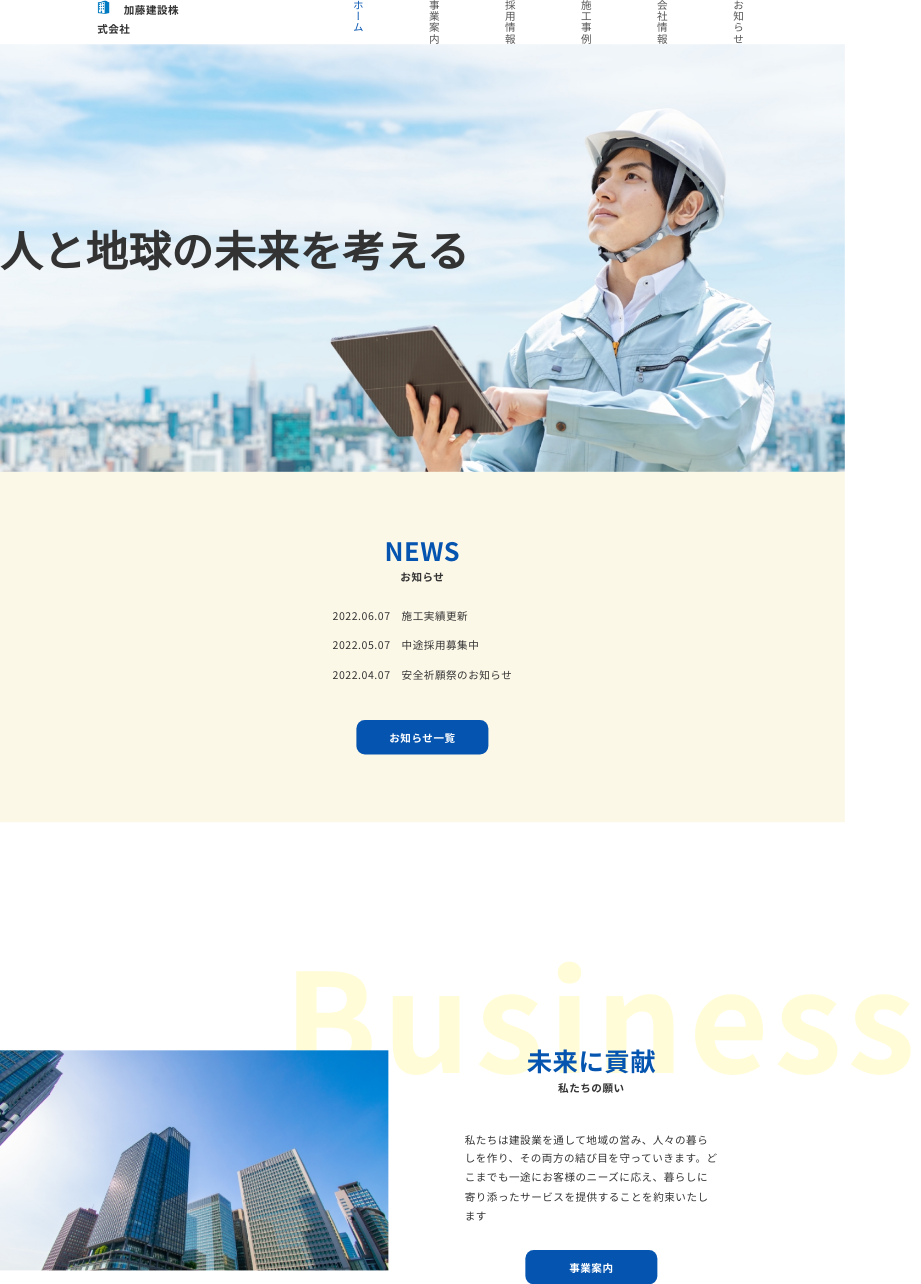
Repository: nozomi-23/hp1_test
Page: index.html
An editor plug-in stored every save of this project. The page is shown before and after the next save, followed by the edit.
The browser window is 1280 px wide. The page is 1395 px wide, so the pictures cover 1395 px, including what lies to the right of the window. The pictures show the whole page, at 66% of full size.

Above is the page before, as saved 2022-06-12 15:17:41.

After the next save:
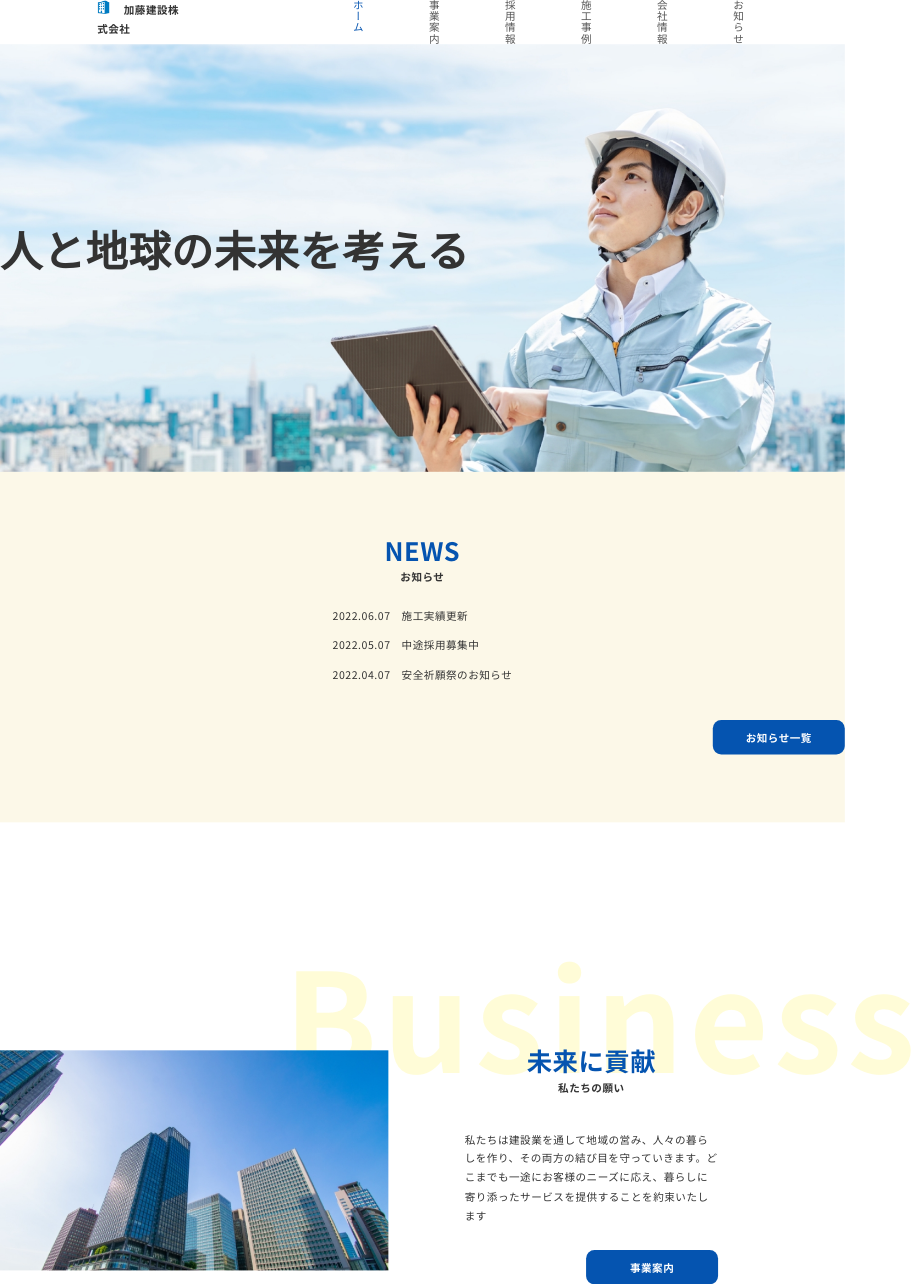
Saved 64 s later.
--- a/css/common1.css
+++ b/css/common1.css
@@ -36,7 +36,7 @@
 .btn {
   background-color: #0554B0;
   width: 200px;
-  margin: 0 auto;
+  /* margin: 0 auto; */
   line-height: 2;
   border-radius: 0.8rem;
 }

After the 5 saves that followed:
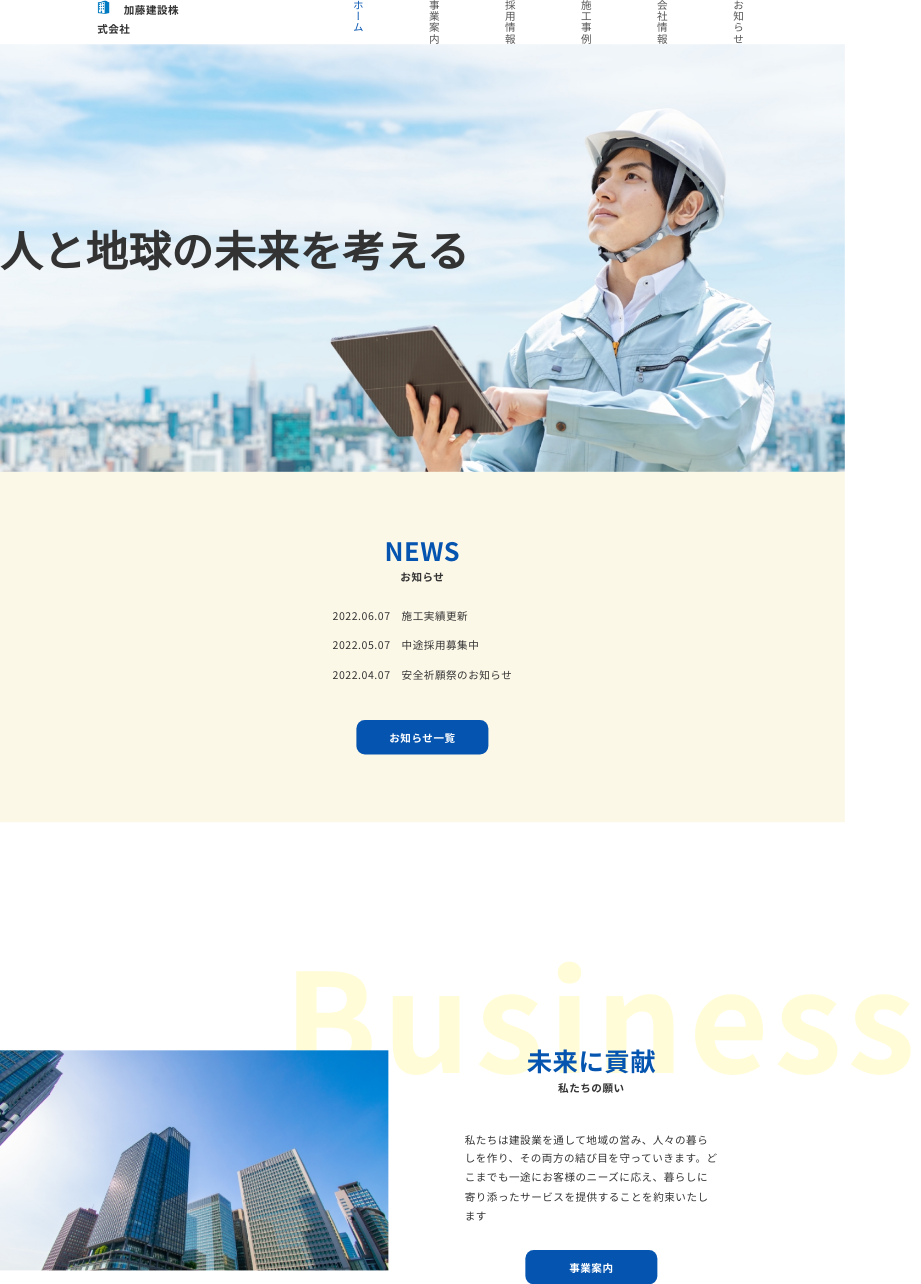
The 5 saves are shown as one change because 2 left the picture as it was and some came seconds apart.
The last was saved 81 s later.
--- a/css/common1.css
+++ b/css/common1.css
@@ -36,7 +36,7 @@
 .btn {
   background-color: #0554B0;
   width: 200px;
-  /* margin: 0 auto; */
+  margin: 0 auto;
   line-height: 2;
   border-radius: 0.8rem;
 }
